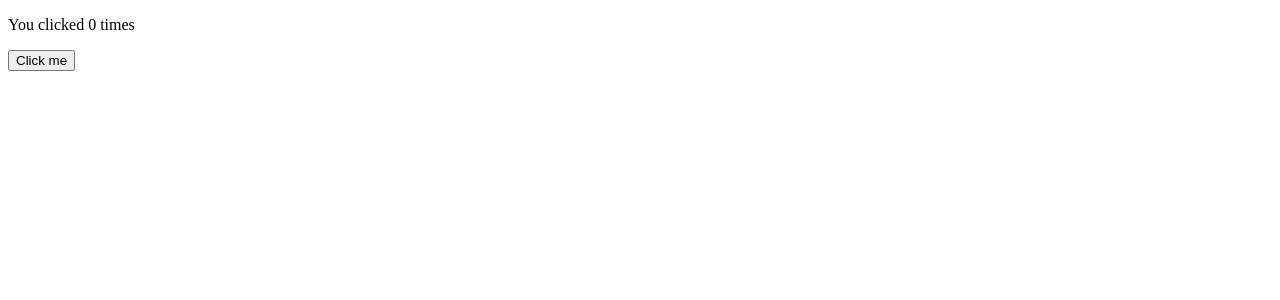
Repository: ArtemisWang/react-hooks
Page: /
These files come from the project's save history. The page is drawn as it stood at one moment and after a run of saves; the edit follows.
The browser window is 1280 px wide. The pictures show the whole page.
The project was rebuilt for these pictures with package versions that can differ from the ones it lists, and the page was loaded fresh each time.

Above is the page before, as saved 2020-02-21 13:34:10.

After the next 2 saves:
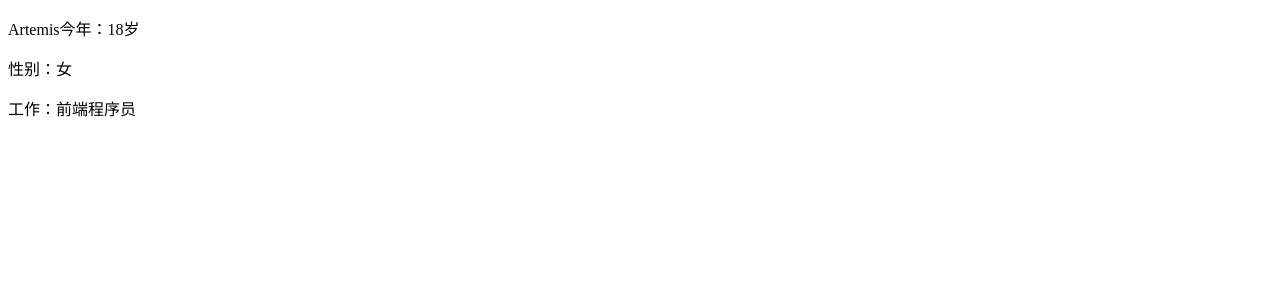
The 2 saves are shown as one change because 1 did not build or start.
The last was saved 23 s later.
--- a/src/index.js
+++ b/src/index.js
@@ -1,6 +1,6 @@
 import React from 'react';
 import ReactDOM from 'react-dom';
-import Example from './Example'
+import Example2 from './Example2'
 
 
-ReactDOM.render(<Example />, document.getElementById('root'));
+ReactDOM.render(<Example2 />, document.getElementById('root'));
